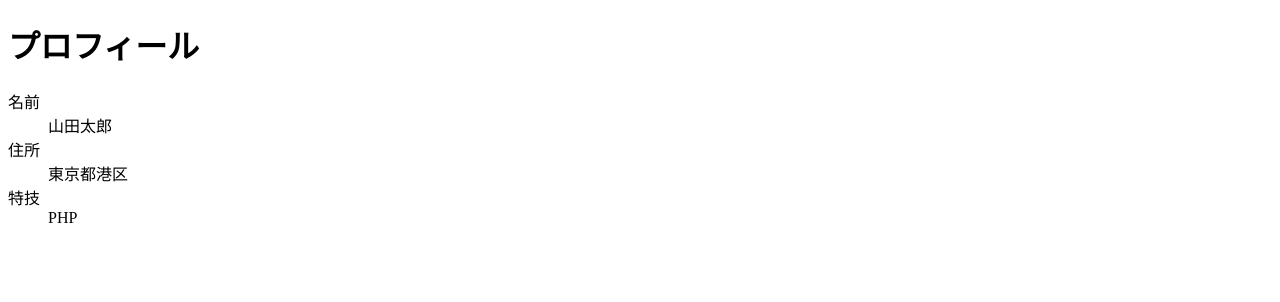
Repository: wadashuri/fleamarket-website
Page: http://localhost/show_profile
The author's editor kept a record of every edit. The page is drawn from the files as they stood at one moment, then again after the next edit.
The browser window is 1280 px wide. The pictures show the whole page.
The page is served by the project's Laravel application, run on PHP 8.4 with Laravel 8. Other server files are loaded and not shown.

Above is the page before.

### laravel_bbs/routes/web.php
<?php

/*
|--------------------------------------------------------------------------
| Web Routes
|--------------------------------------------------------------------------
|
| Here is where you can register web routes for your application. These
| routes are loaded by the RouteServiceProvider within a group which
| contains the "web" middleware group. Now create something great!
|
*/

Route::get('/', function () {
    return ('シンプルなルーティング！');
});
Route::get('/practice', function(){
   $uri = \Route::current()->uri();
   return('現在のurl:'.$uri);
});




Route::get('/non_view_sample', function () {
    return '
<!DOCTYPE html>
<html lang="ja">
<head>
    <meta charset="UTF-8">
    <meta name="viewport" content="width=device-width, initial-scale=1.0">
    <meta http-equiv="X-UA-Compatible" content="ie=edge">
    <title>ルーティングのみでHTMLを出力</title>
</head>
<body>
    <h1>ルーティングのみでHTMLを出力</h1>
    <p>ルーティングのファイルのみで、HTML全体を返すと長くなります。</p>
</body>
</html>
';
});



Route::get('/view_sample', function () {
    return view('samples.');
});


Route::get('/blade_sample', function () {
    $title = 'bladeテンプレートのサンプルです';
    $description = 'bladeテンプレートを利用すると、HTML内にPHPの変数を埋め込むことができます。';
    return view('samples.blade_sample',[
        'title' => $title,
        'description' => $description,
        'direct' => '配列に直接文字列を書いても問題ありません。'
    ]);
});

Route::get('/about', function(){
    $title='このアプリについて';
    $title_coment='このアプリはシンプルな掲示板です';
    $appli='アプリの特徴';
    $appli_coments =['投稿を書き込むことができます','投稿を一覧表示できます','その他色々あります'];
   return view('samples.about',[
       'title' =>$title,
       'title_coment'=>$title_coment,
       'appli'=>$appli,
       'appli_coments'=>$appli_coments,
       ]);
});



Route::get('/blade_example', function(){
    $title = 'bladeテンプレートの様々な機能';
    $num = 10;
    $names = ['山田', '山本', '鈴木', '佐藤', '田中'];
    return view('samples.blade_example',[
        'title' => $title,
        'num' => $num,
        'names' => $names,
    ]);
});



Route::get('/top_sample', function(){
    return view('samples.top_sample', [
        'title' => 'トップページ',
    ]);
});
Route::get('/user_sample', function(){
    return view('samples.user_sample', [
        'title' => 'ユーザー設定',
    ]);
});
Route::get('/privacy_sample', function(){
    return view('samples.privacy_sample', [
        'title' => 'プライバシーポリシー',
    ]);
});
Route::get('/login_sample', function(){
    return view('samples.login_sample', [
        'title' => 'ログイン',
    ]);
});
Route::get('/signup_sample', function(){
    return view('samples.signup_sample', [
        'title' => 'サインアップ',
    ]);
});


Route::get('/sample_action', 'SampleController@sampleAction');



Route::get('/single_action', 'SingleAction');


Route::get('/show_profile', 'ShowProfile');

Route::get('/messages_sample/edit',function(){
    return view('samples.message_edit',[
        'title'=>'投稿を編集',
        ]);
});

Route::get('/messages_sample/create',function(){
    return view('samples.message_create',[
        'title'=>'新規投稿',
        ]);
});



Route::get('/simple_bbs', 'SimpleBBSController@index');

Route::post('/simple_bbs', 'SimpleBBSController@store');

Route::get('/model_sample', 'SampleController@modelSample');


Route::get('/messages', 'MessageController@index');

Route::post('/messages', 'MessageController@store');

Route::resource('likes', 'LikeController')->only([
  'index', 'store', 'destroy'
]);


Route::resource('follows', 'FollowController')->only([
  'index', 'store', 'destroy'
]);

Route::get('/follower', 'FollowController@followerIndex');

### laravel_bbs/app/Http/Controllers/SingleAction.php
<?php

namespace App\Http\Controllers;

use Illuminate\Http\Request;

class SingleAction extends Controller
{
    function __invoke(){
        $title = 'シングルアクションのサンプル';
        $description = 'シングルアクションコントローラを利用しています。';
        return view('samples.single_action', [
            'title' => $title,
            'description' => $description,
        ]);
    }
}

### laravel_bbs/app/Http/Controllers/ShowProfile.php
<?php

namespace App\Http\Controllers;

use Illuminate\Http\Request;

class ShowProfile extends Controller
{
    function __invoke(){
        $title = 'プロフィール';
        $description = 'シングルアクションコントローラを利用しています。';
        return view('samples.show_profile', [
            'title' => $title,
            'description' => $description,
            'name'=>'山田太郎',
            'address'=>'東京都港区',
            'skill'=>'PHP'
        ]);
    }
}

### laravel_bbs/resources/views/samples/show_profile.blade.php
@extends('layouts.default')

@section('title', $title)

@section('content')
<h1>{{ $title }}</h1>
<dl>
    <dt>名前</dt>
    <dd>{{$name}}</dd>
    <dt>住所</dt>
    <dd>{{$address}}</dd>
    <dt>特技</dt>
    <dd>{{$skill}}</dd>
</dl>
@endsection

### laravel_bbs/resources/views/layouts/default.blade.php
<!DOCTYPE html>
<html lang="ja">
<head>
    <meta charset="UTF-8">
    <title>@yield('title')</title>
    <style>
        .header_nav {
            display: flex;
            list-style: none;
            padding-left: 0;
        }
        .header_nav li {
            margin-right: 30px;
        }
        .success {
          color: green;
        }
    </style>
</head>
<body>
    {{-- 成功メッセージを出力 --}}
    @if (session()->has('success'))
        <div class="success">
            {{ session()->get('success') }}
        </div>
    @endif
    @foreach($errors->all() as $error)
      <p class="error">{{ $error }}</p>
    @endforeach
    @yield('content')

</body>
</html>

### laravel_bbs/resources/views/layouts/message.blade.php
@extends('layouts.message_default')

@section('header')
<header>
    <ul class="header_nav">
        <li>このサイトについて</li>
        <li>ユーザー設定</li>
        <li>プライバシーポリシー</li>
        <li>ログアウト</li>
    </ul>
</header>
@endsection

### laravel_bbs/resources/views/layouts/message_default.blade.php
<!DOCTYPE html>
<html lang="ja">
<head>
    <meta charset="UTF-8">
    <title>@yield('title')</title>
    <style>
        .header_nav {
            display: flex;
            list-style: none;
            padding-left: 0;
        }
        .header_nav li {
            margin-right: 30px;
        }
    </style>
</head>
<body>
    @yield('header')
    @yield('content')
</body>
</html>

Loaded but not shown: laravel_bbs/app/Http/Controllers/Controller.php (common file)

After the next edit:
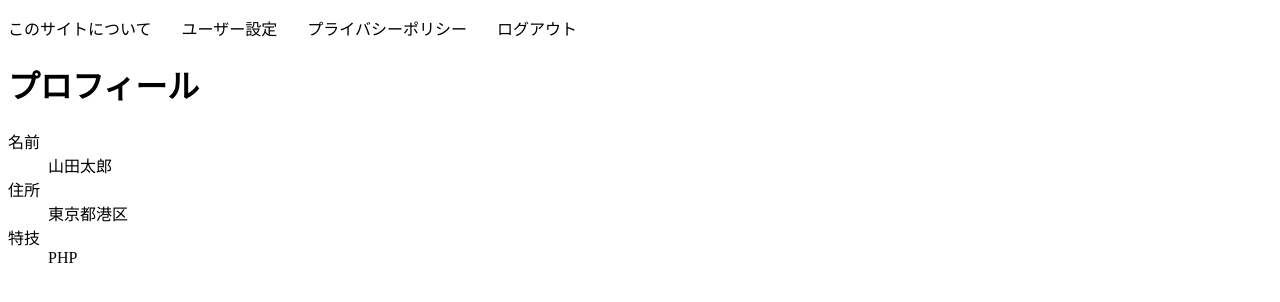
The edit:
--- a/laravel_bbs/resources/views/samples/show_profile.blade.php
+++ b/laravel_bbs/resources/views/samples/show_profile.blade.php
@@ -1,4 +1,4 @@
-@extends('layouts.default')
+@extends('layouts.message')
 
 @section('title', $title)
 
